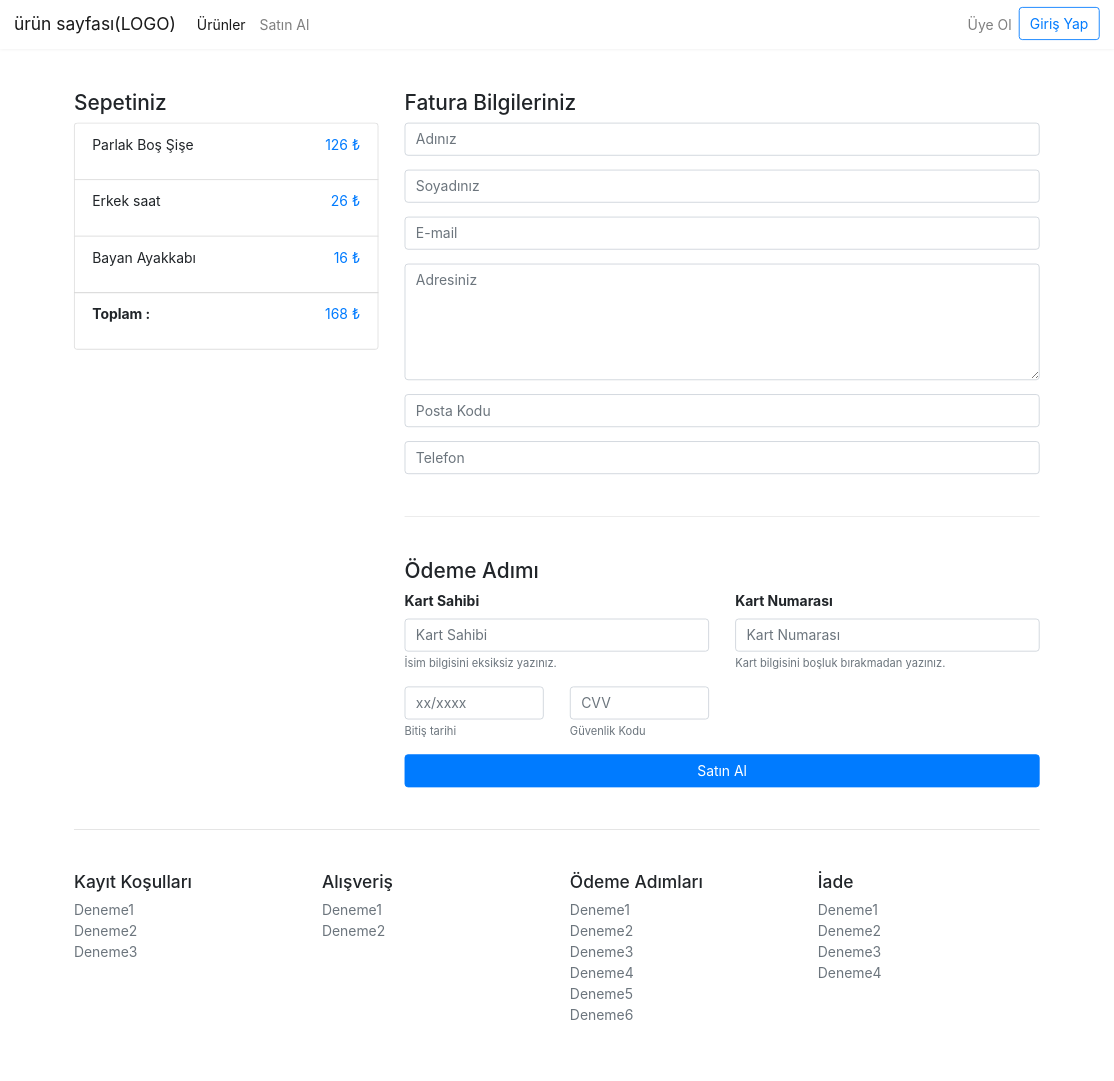
Repository: NergisAktug/E-Commerce-PythonWithFlask-Sqlite3
Page: templates/ödeme.html
The author's editor kept a copy of each file at every save. The page is drawn from the files as they stood at one save, then again after the next save.
The browser window is 1280 px wide. The pictures show the whole page, at 87% of full size.

Above is the page before, as saved 2018-11-24 03:13:22.

After the next save:
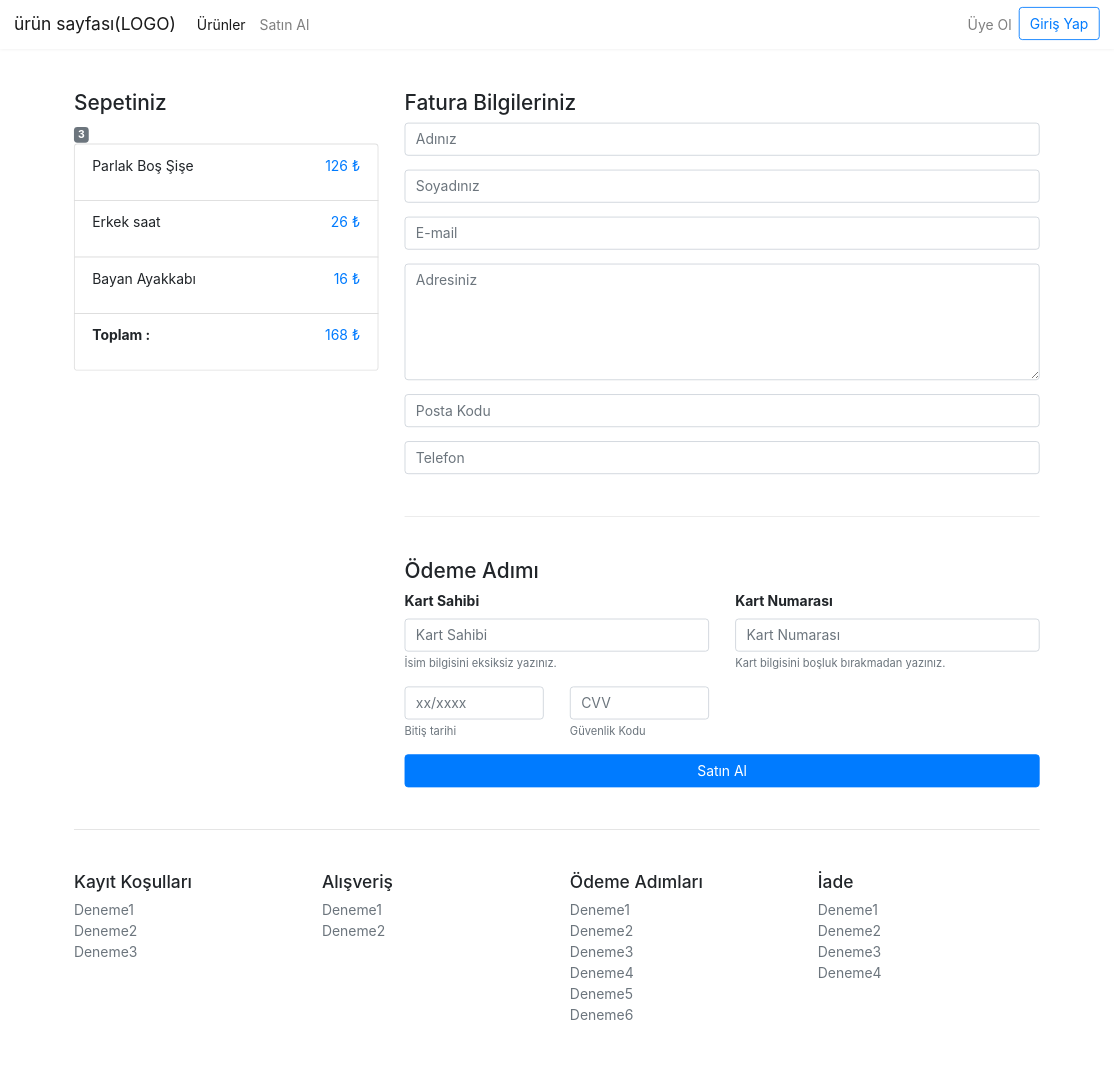
Saved 11 s later.
--- a/templates/ödeme.html
+++ b/templates/ödeme.html
@@ -41,7 +41,7 @@
         <div class="row">
             <div class="col-md-4">
                     <h4>Sepetiniz</h4>
-                    <span class="badge badge-secondary"></span>
+                    <span class="badge badge-secondary">3</span>
                     <ul class="list-group">
                          <li class="list-group-item">
                              <p class="float-left">Parlak Boş Şişe</p>
